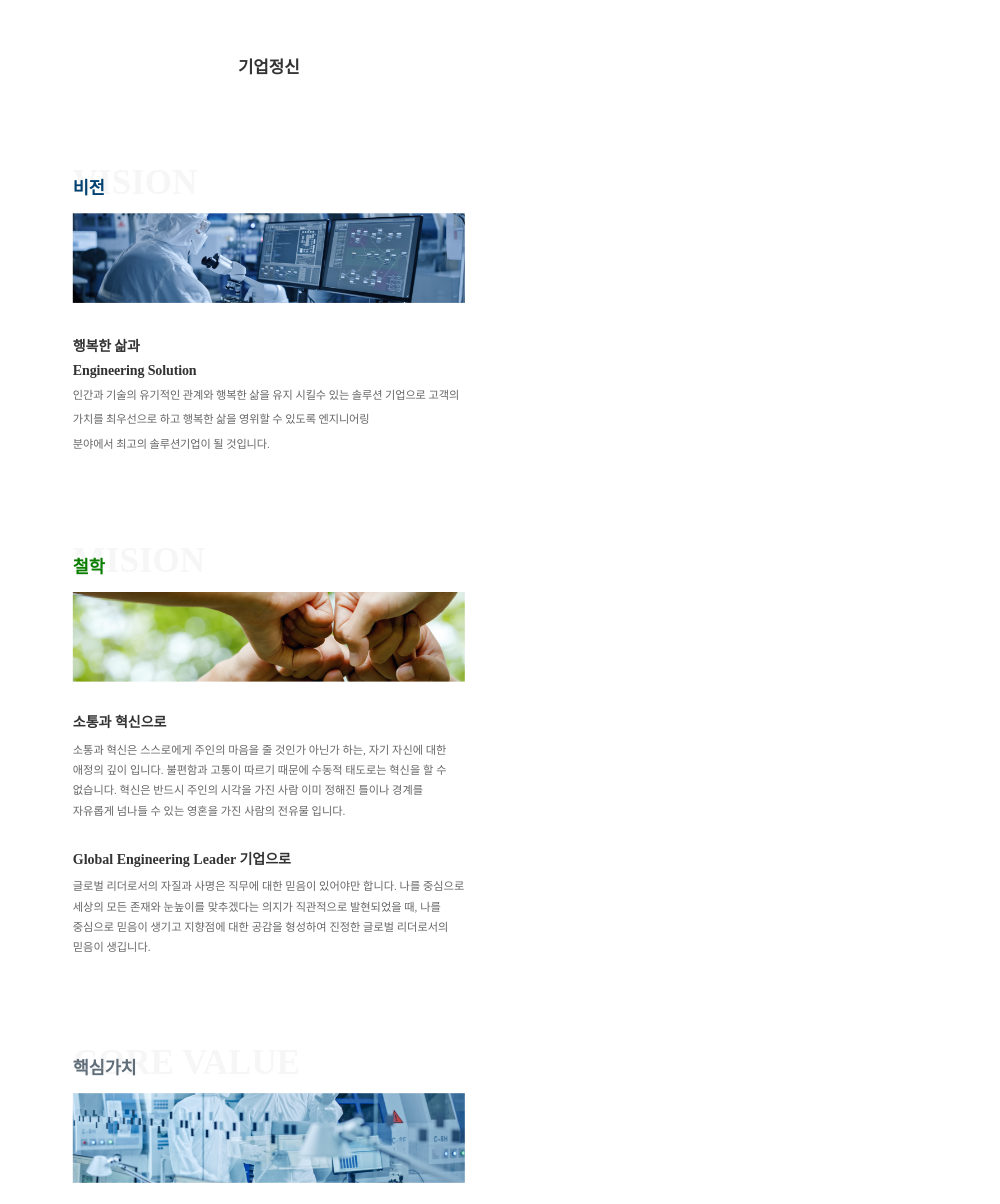
Repository: wogml3270/kumyoungENG
Page: sub/about/about_company.html
These files come from the project's save history. The page is drawn as it stood at one moment and after the next save; the edit follows.
The browser window is 768 px wide. The page is 1429 px wide, so the pictures cover 1429 px, including what lies to the right of the window. The pictures show the part of the page from y = 594 to 2314 px (the page is 2928 px tall), at 70% of full size.
Some web fonts or font styles are not loaded; a fallback is used.

Above is the page before, as saved 2022-07-25 13:04:42.

### sub/about/about_company.html
<!DOCTYPE html>
<html lang="ko">
    <head>
        <meta charset="UTF-8" />
        <meta http-equiv="X-UA-Compatible" content="ie=edge" />
        <meta name="viewport" content="width=device-width, initial-scale=1.0" />
        <link rel="stylesheet" href="./../css/reset.css" />
        <link rel="stylesheet" href="./../css/about_company.css" />
        <link rel="stylesheet" href="./../css/about_banner.css">
        <link rel="stylesheet" href="./../css/snb_bar.css">
        <link rel="stylesheet" href="../../css/header.css">
        <link rel="stylesheet" href="../../css/footer.css">
        <link rel="stylesheet" href="/css/media.css">
        <script src="https://ajax.googleapis.com/ajax/libs/jquery/3.5.1/jquery.min.js"></script>
        <script src="http://ajax.aspnetcdn.com/ajax/jQuery/jquery-1.12.4.min.js"></script>
        <script src="https://code.jquery.com/jquery-1.12.4.min.js"></script>
        <script src="../../js/script.js"></script>
        <script src="../../js/snb_bar.js"></script>
        <title>회사소개_기업정신</title>
    </head>
    <body>
        <div id="header"></div>
        <div id="wrap">
            <div class="about-banner">
                <p>KUM YOUNG ENG</p>
                <span></span>
                <h3>회사소개</h3>
                <!-- <img src="./../images/company-banner-image.png" alt="배너 이미지"> -->
            </div>

            <div class="snb">
                <a href="./../index.html">homeimg</a>

                    <ul class="snb_box">
                        <li><a href="">회사소개<img src="./../images/Vector 1.png" alt=""></a></li>
                        <li>
                            <a href="/sub/about/about_company.html">기업정신<img src="./../images/Vector 1.png" alt=""></a>
                            <ol class="lnb">
                                <li><a href="/sub/about/about_greeting.html">인사말</a></li>
                                <!-- <li><a href="/sub/about/about_company.html">기업정신</a></li> -->
                                <li><a href="/sub/about/about_management.html">경영이념</a></li>
                                <li><a href="">ESG경영</a></li>
                                <li><a href="/sub/about/about_history.html">연혁</a></li>
                                <li><a href="/sub/about/about_org.html">조직도</a></li>
                                <li><a href="/sub/about/about_branch.html">지사/해외법인</a></li>
                                <li><a href="/sub/about/about_wayto.html">오시는길</a></li>
                            </ol>
                        </li>
                    </ul>
              </div>

            <section id="mind">
                <h2>기업정신</h2>

                <article class="vision">
                    <h3>VISION</h3>
                    <h4>비전</h4>

                    <img src="./../images/vision-image.png" alt="행복한 삶과 Engineering Solution">


                    <div class="firsttx">
                        <p>
                            행복한 삶과 <br />
                            Engineering Solution
                        </p>

                        <p>
                            인간과 기술의 유기적인 관계와 행복한 삶을 유지 시킬수 있는 솔루션 기업으로
                            고객의 가치를 최우선으로 하고 행복한 삶을 영위할 수 있도록 엔지니어링 <br />
                            분야에서 최고의 솔루션기업이 될 것입니다.
                        </p>
                    </div>
                </article>

                <article class="mission">
                    <h3>MISION</h3>
                    <h4>철학</h4>
                    <img src="./../images/mission-image.png" alt="소통과 혁신으로 Global Engineering Leader 기업으로">

                    <div class="secondtx">
                        <div>
                            <p>
                                소통과 <br />
                                혁신으로
                            </p>

                            <p>
                                소통과 혁신은 스스로에게 주인의 마음을 줄 것인가 아닌가 하는, 자기 자신에 대한 애정의 깊이 입니다.
                                불편함과 고통이 따르기 때문에 수동적 태도로는 <br />
                                혁신을 할 수 없습니다. 혁신은 반드시 주인의 시각을 가진 사람 이미 정해진 틀이나
                                경계를 자유롭게 넘나들 수 있는 영혼을 가진 사람의 전유물 입니다.
                            </p>
                        </div>

                        <div>
                            <p>
                                Global Engineering <br />
                                Leader 기업으로
                            </p>

                            <p>
                                글로벌 리더로서의 자질과 사명은 직무에 대한 믿음이 있어야만 합니다.
                                나를 중심으로 세상의 모든 존재와 눈높이를 맞추겠다는 의지가 <br />
                                직관적으로 발현되었을 때, 나를 중심으로 믿음이 생기고 지향점에 대한 공감을 형성하여
                                진정한 글로벌 리더로서의 믿음이 생깁니다.
                            </p>
                        </div>
                    </div>
                </article>

                <article class="core_value">
                    <h3>CORE VALUE</h3>
                    <h4>핵심가치</h4>

                    <img src="./../images/value-image.png" alt="핵심가치">
                    <div class="thirdtx">
                        <dl>
                            <dt>고객우선</dt>
                            <dd>KY ENG는 고객이 원하는 믿을 수 있는 제품과 서비스를 제공한다.</dd>
                        </dl>
                        <dl>
                            <dt>인재우선</dt>
                            <dd>KY ENG는 신뢰와 존중을 바탕으로 기업과 인재가 함께 성장해 나갑니다.</dd>
                        </dl>
                        <dl>
                            <dt>창의적 혁신</dt>
                            <dd>KY ENG는 독창적 사고로 고정관념을 타파하여 차별화된 경쟁력을 확보하고 새로운 시장을 선도한다.</dd>
                        </dl>
                        <dl>
                            <dt>변화선도</dt>
                            <dd>KY ENG 는 현실안주를 퇴보로 인식하고, 끊임없이 변화와 혁신을 추구해온 기업이며 세계시장을 리드하고 변화를 선도하는 기업이 되기 위해 노력합니다.</dd>
                        </dl>
                    </div>

                </article>
            </section>
        </div>
        <div id="footer"></div>
    </body>
</html>

### sub/css/reset.css
@charset "UTF-8";

* {
    margin: 0;
    padding: 0;
  }

  body,
  html {
    width: 100%;
    height: 100%;
    font-family: "Pretendard";
  }

  ul,
  li {
    list-style: none;
    text-decoration: none;
  }

  a:link,
  a:visited,
  a:hover,
  a:active {
    color: #fff;
    text-decoration: none;
  }

### sub/css/about_company.css
@charset "utf-8";

@import url("https://cdn.jsdelivr.net/gh/orioncactus/pretendard@v1.3.4/dist/web/static/pretendard.css");

#wrap > img {
  width: 100%;
  height: auto;
}

#mind {
  width: 100%;
  padding-top: 110px;
}

#mind > h2 {
  color: #333;
  font-size: 24px;
  font-weight: 600;
  text-align: center;
}

article {
  width: 72.916%;
  margin-left: 13.5416%;
  margin-top: 120px;
}

article > h3 {
  color: #f6f6f6;
  font-size: 80px;
  font-weight: 800;
}

article > h4 {
  font-size: 36px;
  font-weight: 600;
  letter-spacing: -0.01em;
  position: relative;
  top: -40px;
}

article > img {
  width: 100%;
  margin-top: -20px;
}

article > div > p {
  /* word-break: keep-all; */
}

.vision > h4 {
  color: #004170;
}

.firsttx {
  display: flex;
  flex-flow: row nowrap;
  justify-content: space-between;
  margin-top: 40px;
}
.firsttx > p {
  line-height: 35px;
  letter-spacing: -0.01em;
}
.firsttx > p:nth-child(1) {
  color: #333;
  font-size: 26px;
  font-weight: 600;
  margin-right: 10px;
}
.firsttx > p:nth-child(2) {
  color: #666;
  font-weight: 400;
  font-size: 18px;
}

.mission > h4 {
  color: #0B7E00;
}
.secondtx > div {
  display: flex;
  flex-flow: row nowrap;
  justify-content: flex-start;
  margin-top: 40px;
  line-height: 35px;
}

.secondtx > div > p {
  word-break: keep-all;
  /* width: 223px; */
}

.secondtx > div:nth-child(1) > p:nth-child(1){
  /* width: 90px; */
  margin-right: 249px;
}
.secondtx > div:nth-child(2) > p:nth-child(1){
  /* width: 90px; */
  margin-right: 116px;
}


.secondtx > div:nth-child(1) > p:nth-child(2) {
  /* margin-left: 17.785%; */
  /* margin-left: 12.96875%; */
}
.secondtx > div:nth-child(2) > p:nth-child(2) {
  /* margin-left: 8.286%; */
  /* margin-left: 6.0416%; */
}
.secondtx > div > p:nth-child(1){
  color: #333;
  font-size: 26px;
  font-weight: 600;
}
.secondtx > div > p:nth-child(2){
  color: #666;
  font-size: 18px;
  font-weight: 400;
}

.core_value > h4 {
  color: #606E79;
}

.thirdtx {
  margin-top: 40px;
}

.thirdtx > dl {
  display: flex;
  flex-flow: row nowrap;
  justify-content: flex-start;
  margin-bottom: 20px;
}

.thirdtx > dl:last-child {
  margin-bottom: initial;
}

.thirdtx > dl > dt {
  color: #333;
  font-size: 26px;
  font-weight: 600;
  line-height: 35px;
  white-space: nowrap;
}

.thirdtx > dl > dd {
  color: #666;
  font-size: 18px;
  font-weight: 400;
  line-height: 35px;
  margin-left: 17.7857%;
  white-space: nowrap;
}

.thirdtx > dl:nth-child(3) > dd {
  margin-left: 15.7857%;
}

@media screen and (max-width: 899px){

  article > h3 {
    font-size: 50px;
  }

  article > h4 {
    font-size: 25px;
  }
  .firsttx{
      display: block;
  }
  .firsttx > p:nth-child(1) {
    font-size: 20px;
  }

  .firsttx > p:nth-child(2) {
    font-size: 16px;
  }

  .secondtx > div {
    display: block;
    line-height: 29px;
  }
  .secondtx > div:nth-child(1) > p:nth-child(1){
    margin-right: 0;
    margin-bottom: 10px;
  }

  .secondtx > div:nth-child(2){
    display: block;
  }

  .secondtx > div > p > br {
    display: none;
  }
  .secondtx > div > p:nth-child(1){
    font-size: 20px;
    margin-right: 0;
  }

  .secondtx > div:nth-child(2) > p:nth-child(1) {
    margin: initial;
    margin-bottom: 10px;
    /* padding-right: 100px; */
  }

  .secondtx > div > p:nth-child(2){
    word-break: keep-all;
    font-size: 16px;
  }

}

### sub/css/about_banner.css
@charset "UTF-8";

.about-banner{
    width: 100%;
    height: 500px;
    background: url(../../images/company-banner-image.png) no-repeat center center;
    background-size: cover;
    display: flex;
    flex-direction: column;
    align-items: center;
    justify-content: center;
  }
  .about-banner p{
    font-family: 'Pretendard';
    font-style: normal;
    font-weight: 400;
    font-size: 16px;
    line-height: 20px;
    text-align: center;
    letter-spacing: -0.01em;
    color: #FFFFFF;
  }
  .about-banner span{
    width: 40px;
    height: 1px;
    background: #FFFFFF;
    margin: 16px 0;
  }
  .about-banner h3{
    font-family: 'Pretendard';
    font-style: normal;
    font-weight: 700;
    font-size: 24px;
    line-height: 24px;
    text-align: center;
    letter-spacing: -0.01em;
    color: #FFFFFF;
  }

### sub/css/snb_bar.css
@charset "utf-8";

ul,li {
    list-style: none;
    text-decoration: none;
}

a:link,
a:visited,
a:hover,
a:active {
    color: #fff;
    text-decoration: none;
}

.snb {
    position: relative;
    top: -26px;
    width: 72.916%;
    height: 60px;
    margin: 0 auto;
    background-color: #fff;
    border: 1px solid #ddd;
    box-sizing: border-box;
    box-shadow: 0px 4px 15px rgba(0, 0, 0, 0.1);
    z-index: 1;
}

.snb > a {
    position: absolute;
    top: -1px;
    left: -1px;
    display: block;
    width: 65px;
    height: 60px;
    text-indent: -9999px;
    background-color: #004170;
    background-image: url(./../images/Group.png);
    background-position: center center;
    background-repeat: no-repeat;
}

.snb > a {
    display: block;
    width: 65px;
    height: 60px;
}

.snb_box {
    display: flex;
    flex-flow: row nowrap;
    /* margin-left: 20.5px; */
    margin-left: 64px;
    margin-top: 0;

}

.snb_box > li {
    position: relative;
    text-indent: 20.5px;
    /* text-indent: 30%; */
    width: 209px;
    height: 60px;
    line-height: 60px;
    border-right: 1px solid #ddd;
    box-sizing: border-box;
}

.snb_box > li > a {
    display: block;
    height: 60px;
    color: #333;
}

.snb_box > li > a > img {
    position: absolute;
    top: 22.5px;
    left: 80%;

}

.snb_box > li:last-child > a:hover > img {
    transform: rotate(90deg);
    transition: 0.3s;
}

.lnb {
    display: none;
    position: absolute;
    width: 100%;
    padding: 0;
    border: 1px solid #DDDDDD;
    border-top: none;
    background-color: #fff;
}

.lnb > li > a {
    color: #333;
    display: block;
}

.lnb > li > a:hover {
    background-color: #F5F5F5;
}

### css/footer.css
@charset "utf-8";

@import url("https://cdn.jsdelivr.net/gh/orioncactus/pretendard@v1.3.4/dist/web/static/pretendard.css");

body {
    margin: 0 auto;
    padding: 0;
}

footer {
    position: relative;
    width: 100%;
    height: 132px;
    font-family: 'Pretendard';
    font-size: 14px;
    font-weight: 400;
    background-color: #122B42;
    display: flex;
    align-items: center;
    justify-content: space-between;
    margin-top: 150px;
}

footer > address {
    color: #CECED5;
    line-height: 30px;
    font-style: normal;
    letter-spacing: -0.01em;
    margin-left: 13.663%;
}

footer > .footer-right{
    display: flex;
    flex-direction: column;
    align-items: flex-end;
    margin-right: 13.663%;
}
footer > .footer-right .logo {
    margin-bottom: 16px;
    display: block;
}

footer > .footer-right span {
    color: #CECED5;
}

### css/media.css
@charset "utf-8";

@media only screen and (min-width: 899px){
    .header_gnb_mobile{
        position: absolute;
        top: -9999px;
    }
}
    /* 모바일 가로, 타블렛 세로 */
@media only screen and (max-width: 899px) {

    /* header */
    .header{
        height: 120px;
        flex-direction: column;
    }
    .header > a{
        margin: 27px 10px 0 10px;
        z-index: 9999;
    }
    .header > a > img{
        width: 120px;
    }
    .header_gnb{
        display: none;
    }
    .header > .right{
        margin-right: 0;
        width: 100%;
    }
    .header > .right > .lang{
        position: absolute;
        top: 30px;
        left: 20px;
    }
    .header > .right > .lang > a{
        font-size: 11px;
    }
    .header_gnb_mobile{
        padding-top: 80px;
        width: 100%;
        background: #ffffff;
        position: absolute;
        top: 0;
    }
    .header_gnb_mobile > li{
        padding: 15px 20px;
        cursor: pointer;
        border-bottom: 1px solid #cccccc;
        position: relative;
    }
    .header_gnb_mobile > li::before{
        content: ">";
        position: absolute;
        right: 25px;
        font-family: 'Pretendard';
        font-style: normal;
        font-weight: 400;
        font-size: 20px;
        color: #9c9c9c;
        transform: rotate(90deg);
        transition: 0.3s;
    }
    .header_gnb_mobile > li > a{
        color: #333333;
        font-family: 'Pretendard';
        font-style: normal;
        font-weight: 400;
    }
    .header_gnb_mobile_toggle{
        display: block;
        z-index: 9999;
    }
    .header_gnb_mobile > li > ul > li{
        margin-left: 20px;
        margin-top: 5px;
    }
    .header_gnb_mobile > li > ul > li > a{
        position: relative;
        font-family: 'Pretendard';
        font-style: normal;
        font-weight: 400;
        font-size: 13px;
        line-height: 18px;
        letter-spacing: -0.01em;
        color: #5B5D7E;
    }
    .header_gnb_mobile > li > ul > li > a::before{
        content: "";
        background: #333333;
        width: 3px;
        height: 3px;
        border-radius: 50%;
        position: absolute;
        left: -11px;
        top: 6px;
    }

    /* main */
    .main_slide > ul > li{
        padding: 0;
        width: 25%;
        text-align: center;
    }
    .tab_menu{
        width: 100%;
    }
    .tab_menu .active::after{
        content: "";
        position: absolute;
        width: 95%;
        height: 63px;
        background: none;
        border: 3px solid #0b7e00;
        left: 10px;
        bottom: 0;
    }
    .tab_menu > .list{
        text-align: center;
        align-items: center;
        justify-content: center;
        flex-direction: column;
    }
    .tab_menu > .list > li{
        width: 100%;
        margin-right: 0;
        padding: 20px 0;
    }
    .tab_menu > .list > li.active{
        font-weight: 900;
    }
    .content01_area{
        height: 1078px;
    }
    .content01_box{
        flex-direction: column;
    }
    .content01_img{
        margin-right: 0;
        text-align: center;
    }
    .content01_img img{
        margin-right: 0;
    }
    .content01_img2 img{
        width: 90%;
    }
    .content01_caption{
        margin: 10px 0;
        width: 80%;
    }
    .content02{
        height: auto;
    }
    .content02 > h2{
        width: 100%;
        text-align: center;
    }
    .content02_box{
        flex-direction: column;
        justify-content: center;
        align-items: center;
        margin: 100px auto;
        gap: 60px;
        width: 90%;
    }
    .content02_box img{
        width: 100%;
    }
    .content02_txt_box{
        top: 172px;
        width: 90%;
        left: 20px;
    }

    .content03_box{
        width: 100%;
    }
    .content03_box_title{
        width: 80%;
    }
    .content03_box_sub{
        width: 80%;
    }

    /* footer */
    footer{
        flex-direction: column;
        justify-content: space-around;
        height: 250px;
    }
    footer > address{
        margin-left: 0;
        text-align: center;
        font-size: 16px;
        width: 80%;
    }
    footer > .footer-right{
        flex-direction: column;
        align-items: center;
        margin: 0 15px;
    }
}

### sub/about/footer.html
<footer>
    <address>
        금영이엔지 | 대전광역시 유성구 엑스포로 385, 본관동 1층,3층 (문지동) <br />
        Tel 042&ndash;824&ndash;5538 | Fax 042&ndash;824&ndash;5539 <br />
        사업자등록번호 314&ndash;81&ndash;92242
    </address>

    <div class="footer-right">
        <a href="#" class="logo">
            <img src="/images/logo-footer.svg" alt="">
        </a>
        <span>Copyright &copy; 2015 KUM YOUNG. All Rights Reserved.</span>
    </div>

</footer>

Loaded but not shown: js/script.js (36 lines, source omitted); js/snb_bar.js (14 lines, source omitted); sub/about/header.html (358 lines, source omitted); css/header.css (302 lines, source omitted)

After the next save:
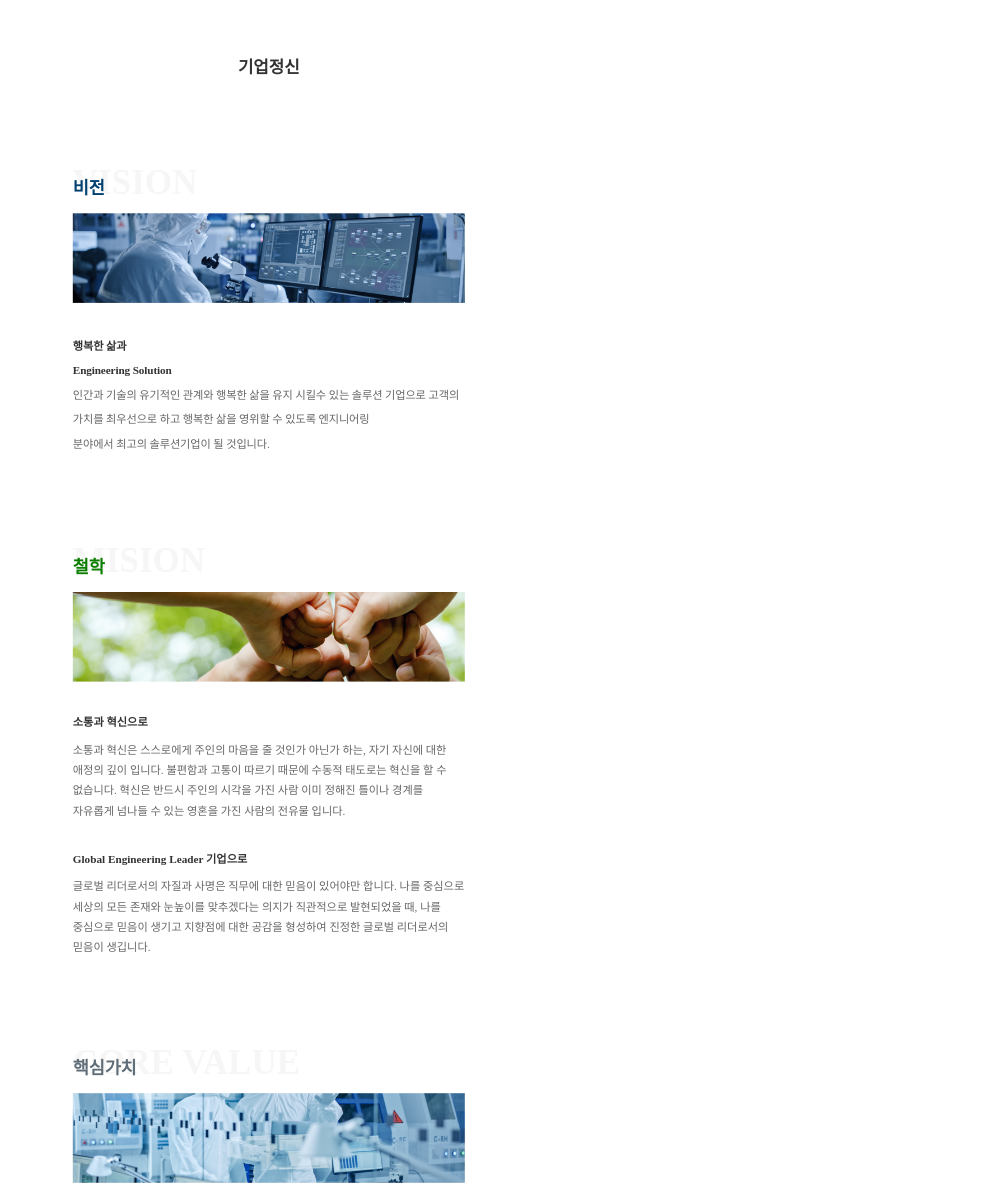
Saved 67 s later.
--- a/sub/css/about_company.css
+++ b/sub/css/about_company.css
@@ -160,6 +160,9 @@
 }
 
 @media screen and (max-width: 899px){
+  #mind p{
+    font-size: 16px;
+  }
 
   article > h3 {
     font-size: 50px;
